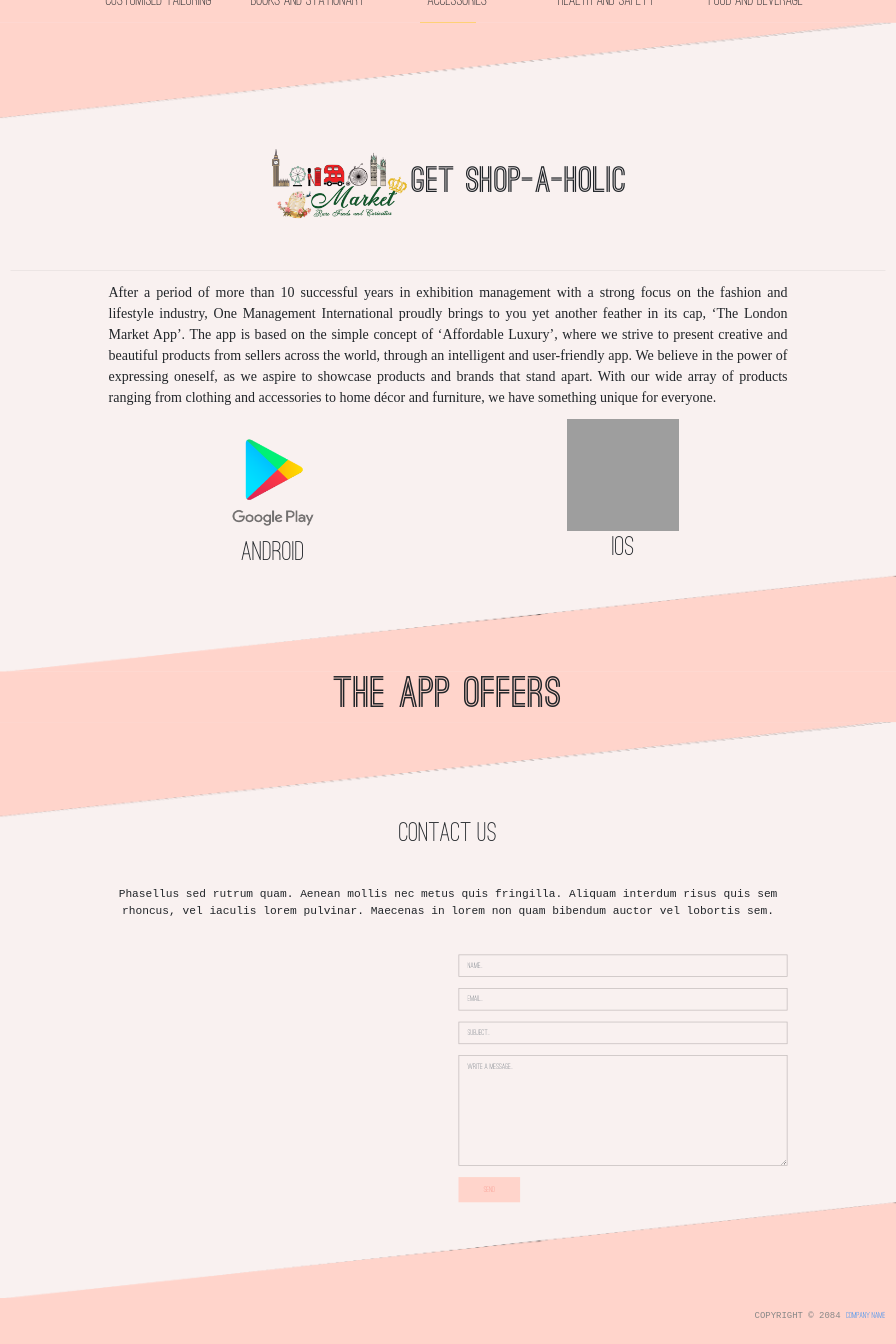
Repository: Demonster1999/newshoperrepo
Page: index.html
These files come from the project's save history. The page is drawn as it stood at one moment and after the next save; the edit follows.
The browser window is 1280 px wide. The pictures show the part of the page from y = 2602 to 4522 px (the page is 4522 px tall), at 70% of full size.
Pictures or frames that could not be fetched are drawn as grey boxes. Some web libraries are served in a nearby version.

Above is the page before, as saved 2020-07-21 15:17:04.
Console error: TypeError: Cannot read properties of null (reading 'getContext')

After the next save:
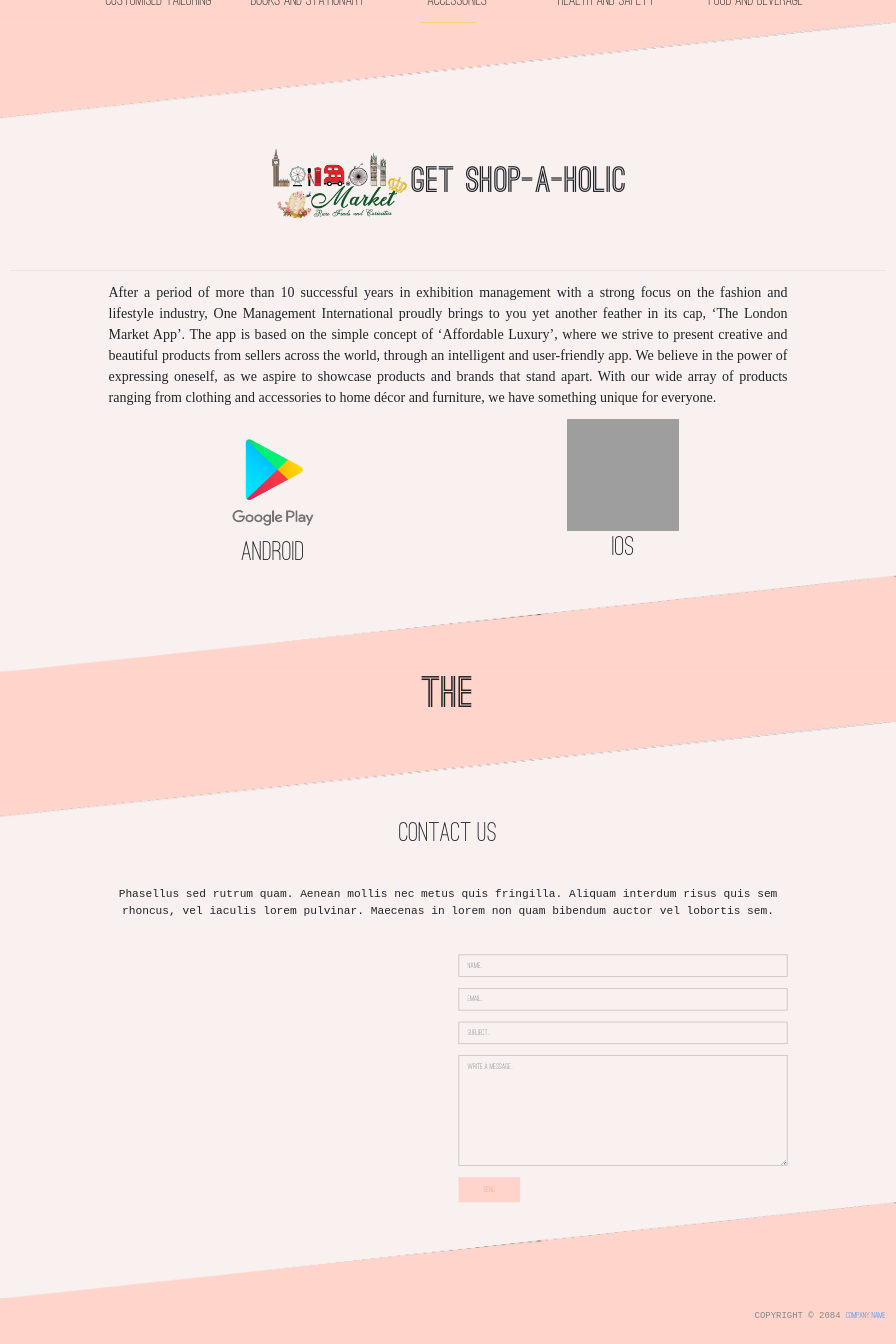
Saved 8 s later.
--- a/index.html
+++ b/index.html
@@ -331,7 +331,7 @@
 <section class="tm-dark-bg tm-section" id="portfolio">
 	<div class="container-fluid">
 
-		<h1 style="font-weight: bold; font-size: 60px;" class="text-center"> The App Offers </h1>
+		<h1 style="font-weight: bold; font-size: 60px;" class="text-center"> The  </h1>
 	</div>
 </section> <!-- portfolio -->
 
